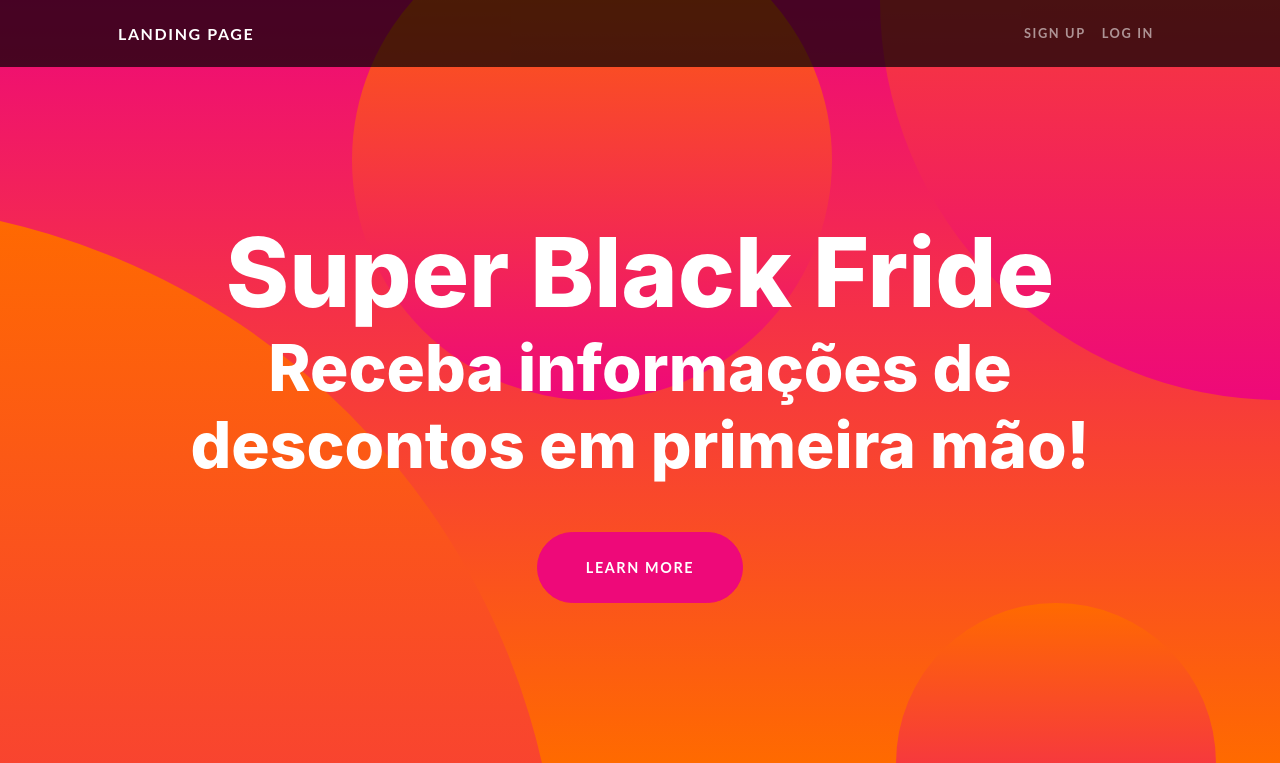
Repository: jrfalcao/landing-page
Page: /
The author's editor kept a copy of each file at every save. The page is drawn from the files as they stood at one save, then again after the next save.
The browser window is 1280 px wide. The pictures show the whole page.
The project was rebuilt for these pictures with package versions that can differ from the ones it lists, and the page was loaded fresh each time. Also part of the build but not shown: src/assets/css/App.css.

Above is the page before, as saved 2021-07-17 22:29:02.

After the next save:
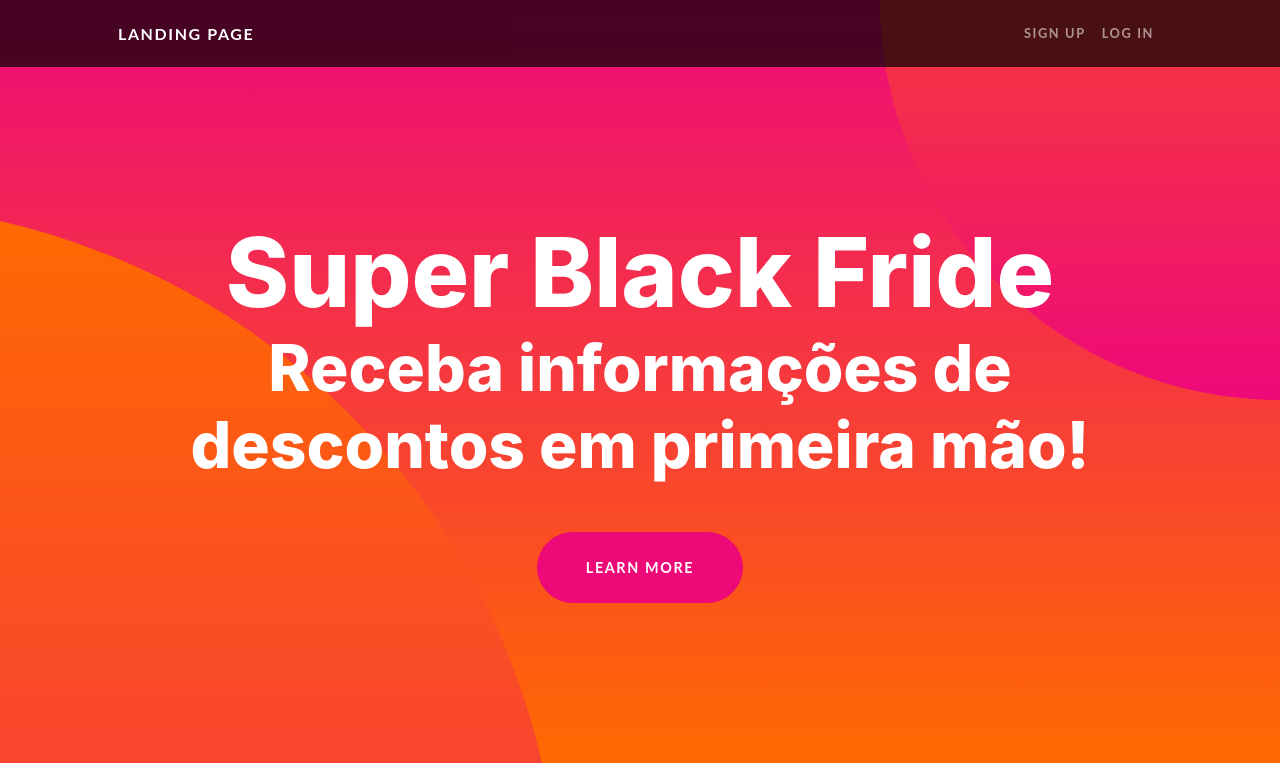
Saved 55 s later.
--- a/src/Components/Header.js
+++ b/src/Components/Header.js
@@ -10,8 +10,8 @@ export default function Header() {
 			</div>
 			<div className="bg-circle-1 bg-circle"></div>
 			<div className="bg-circle-2 bg-circle"></div>
-			<div className="bg-circle-3 bg-circle"></div>
-			<div className="bg-circle-4 bg-circle"></div>
+			{/* <div className="bg-circle-3 bg-circle"></div>
+			<div className="bg-circle-4 bg-circle"></div> */}
 		</header>
 	);
 }
